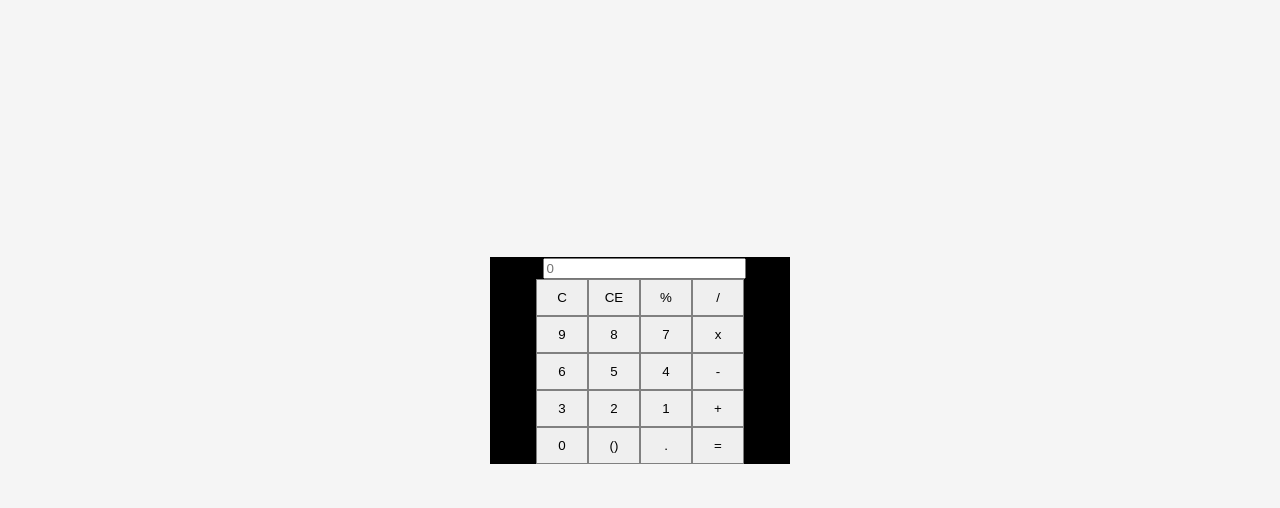
Repository: latenightsnacc/React-Projects
Page: / (app in calculator/)
The author's editor kept a copy of each file at every save. The page is drawn from the files as they stood at one save, then again after the next save.
The browser window is 1280 px wide. The pictures show the whole page.
The project was rebuilt for these pictures with package versions that can differ from the ones it lists, and the page was loaded fresh each time.

Above is the page before, as saved 2020-07-01 13:57:02.

### calculator/src/App.js
import React from 'react';
import '../src/Styles/App.scss';
import Calculator from '../src/Components/Calculator/Calculator';

function App() {
  return (
    <div className="App">
      <Calculator />
    </div>
  );
}

export default App;

### calculator/src/Styles/App.scss
.App {
    display: flex;
    flex-direction: column;
    height: 100vh;
    width: 100%;
    align-items: center;
    justify-content: center;
    background-color: whitesmoke;
}

### calculator/src/Components/Calculator/Calculator.js
import React from 'react';
import '../../Styles/Calculator.scss';
import Buttons from '../Buttons/Buttons';
import Input from '../Input/Input';

class Calculator extends React.Component {
    render() {
        return(
            <>
                <div className="Calculator">
                    <Input />
                    <Buttons />
                </div>
            </>
        )
    }
}

export default Calculator;

### calculator/src/Styles/Calculator.scss
.Calculator {
    display: flex;
    flex-direction: column;
    align-items: center;
    justify-content: center;
    background-color: black;
    width: 300px;
}

### calculator/src/Components/Buttons/Buttons.js
import React from 'react';
import '../../Styles/Buttons.scss';

class Buttons extends React.Component {
    render() {
        return (
            <>
                <div className="Buttons">
                    <button className="button">C</button>
                    <button className="button">CE</button>
                    <button className="button">%</button>
                    <button className="button">/</button>

                    <br/>

                    <button className="button">9</button>
                    <button className="button">8</button>
                    <button className="button">7</button>
                    <button className="button">x</button>

                    <br />

                    <button className="button">6</button>
                    <button className="button">5</button>
                    <button className="button">4</button>
                    <button className="button">-</button>

                    <br />

                    <button className="button">3</button>
                    <button className="button">2</button>
                    <button className="button">1</button>
                    <button className="button">+</button>

                    <br />

                    <button className="button">0</button>
                    <button className="button">()</button>
                    <button className="button">.</button>
                    <button className="button">=</button>

                </div>
            </>
        )
    }
}

export default Buttons;

### calculator/src/Components/Input/Input.js
import React from 'react';
import '../../Styles/Input.scss';

class Input extends React.Component {
    render() {
        return (
            <>
                <div className="Input">
                    <input placeholder="0" />
                </div>
            </>
        )
    }
}

export default Input;

### calculator/src/Styles/Buttons.scss
.Buttons {
    .button {
        padding: 10px;
        width: 52px;
        color: black;
        border: 1px solid grey;
    }
}

### calculator/src/Styles/Input.scss
.Input {
    width: 195px;
    input {
        width: 100%;
        margin-left: 0px !important;


        &:focus {
            outline-color: whitesmoke;
        }
    }
}

Loaded but not shown: calculator/public/index.html (common file); calculator/src/index.js (common file); calculator/src/index.css (common file); calculator/src/serviceWorker.js (common file)

After the next save:
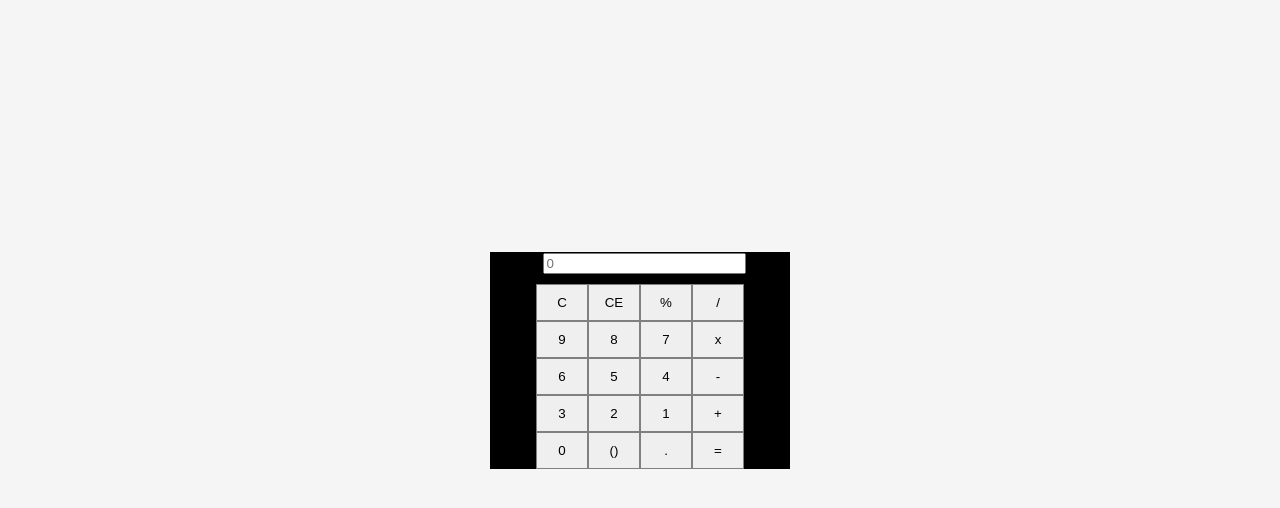
Saved 19 s later.
--- a/calculator/src/Styles/Input.scss
+++ b/calculator/src/Styles/Input.scss
@@ -2,7 +2,7 @@
     width: 195px;
     input {
         width: 100%;
-        margin-left: 0px !important;
+        margin-bottom: 10px;
 
 
         &:focus {
